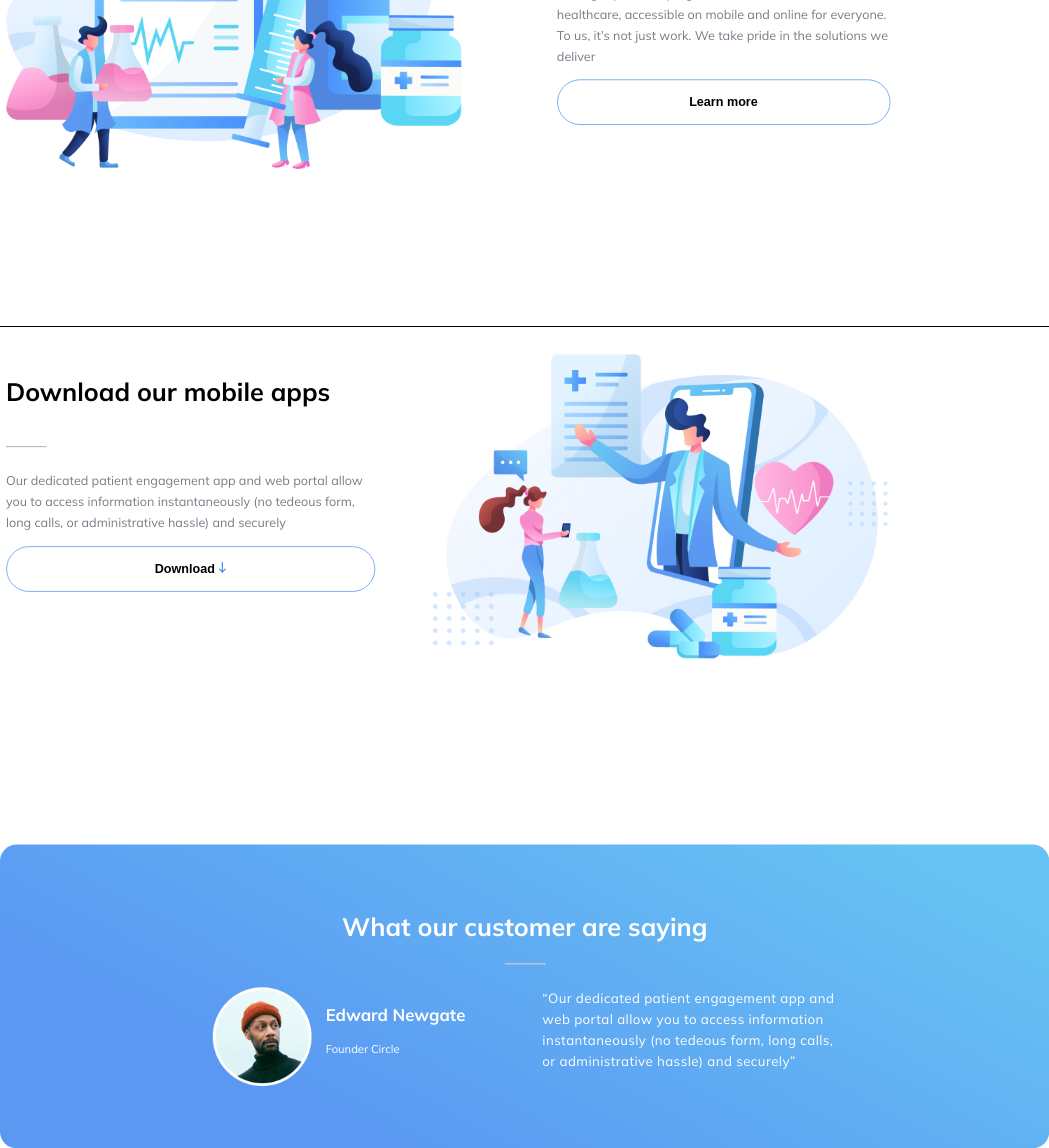
Repository: ivan-developer-01/trafalgar-layout
Page: index.html
These files come from the project's save history. The page is drawn as it stood at one moment and after the next save; the edit follows.
The browser window is 1280 px wide. The page is 1499 px wide, then 1280 px, so the pictures cover 1499 px, including what lies to the right of the window. The pictures show the part of the page from y = 2439 to 4079 px (the page is 4079 px tall before and 3896 px after), at 70% of full size.

Above is the page before, as saved 2024-11-08 16:01:16.

After the next save:
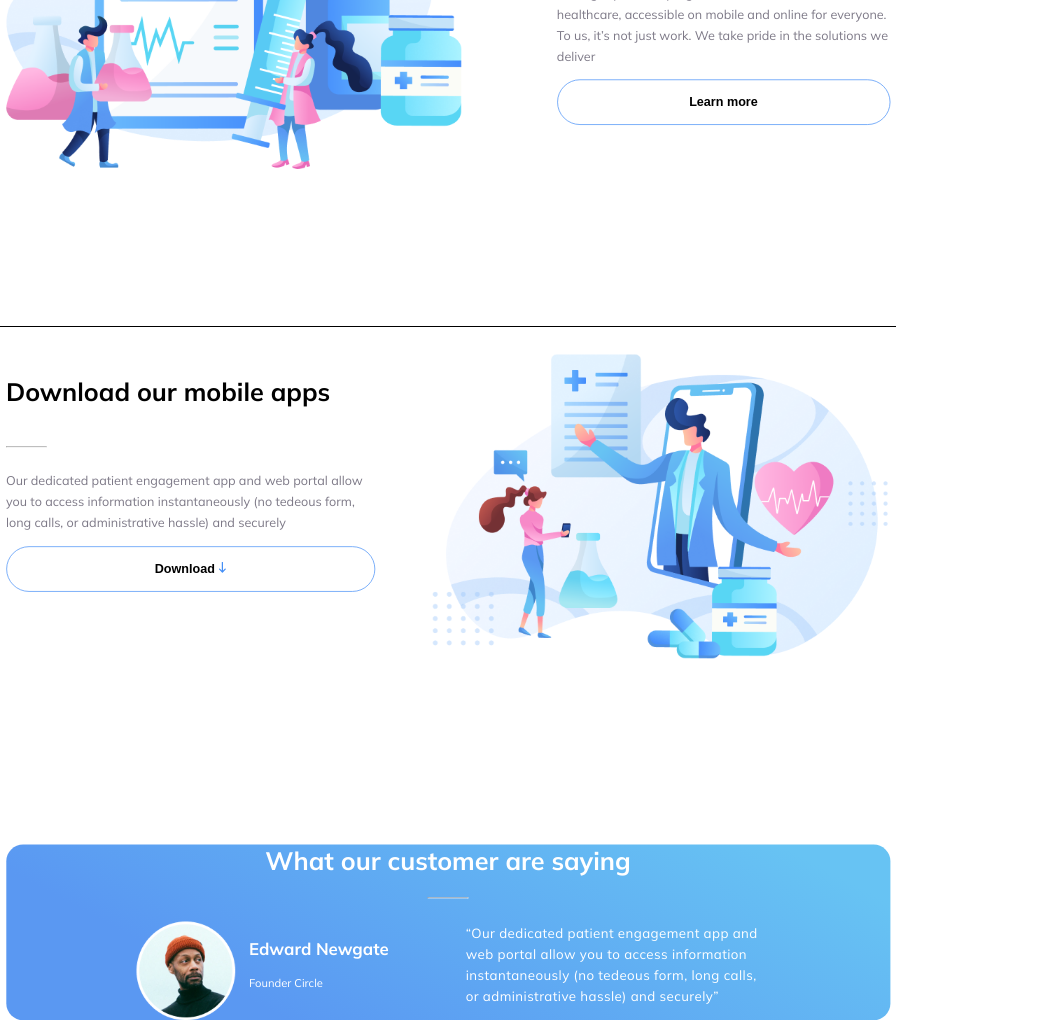
Saved 70 s later.
--- a/style.css
+++ b/style.css
@@ -236,7 +236,7 @@ p {
 	background: linear-gradient(208.18deg, #67C3F3 9.05%, #5A98F2 76.74%);
 	color: white;
 	text-align: center;
-	padding: 64px 118px 89px 118px;
+	/* padding: 64px 118px 89px 118px; */
 	border-radius: 24px;
 }
 
